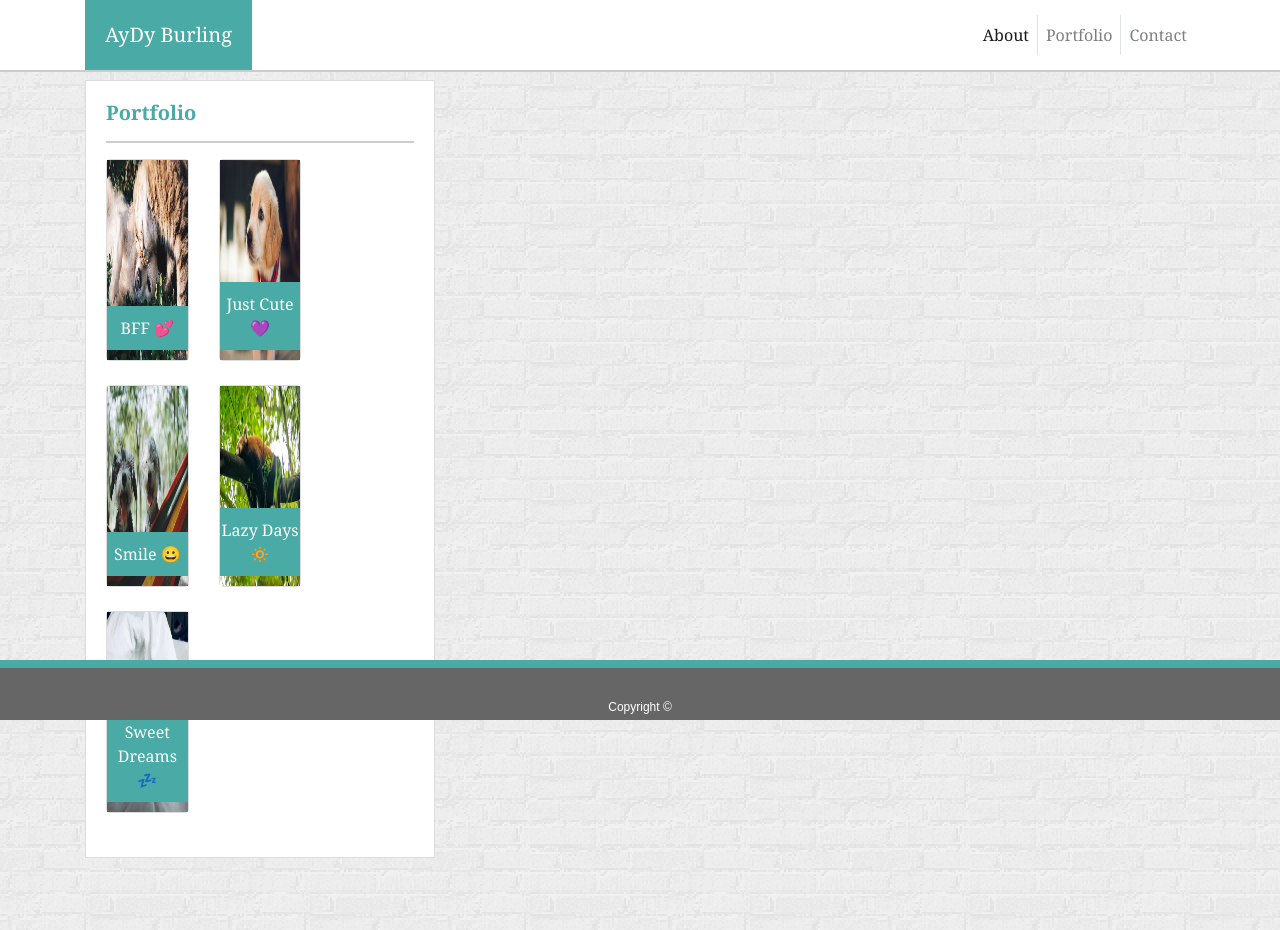
Repository: Dee1985/AyDy-Burling-prework
Page: Module-1_Assessment/portfolio.html
An editor plug-in stored every save of this project. The page is shown before and after the next save, followed by the edit.
The browser window is 1280 px wide. The pictures show the whole page.

Above is the page before, as saved 2020-05-22 23:01:43.

After the next save:
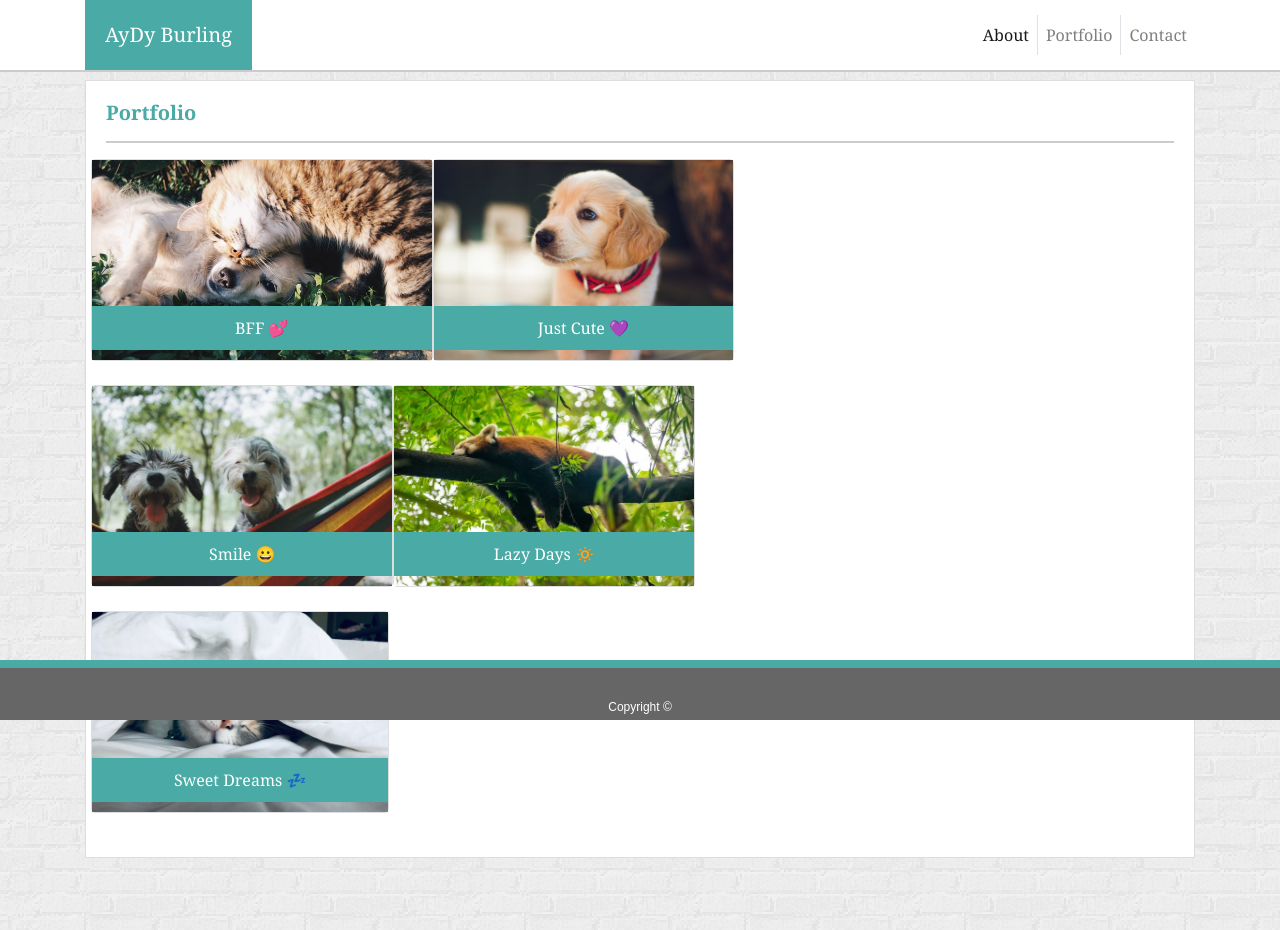
Saved 20 s later.
--- a/Module-1_Assessment/portfolio.html
+++ b/Module-1_Assessment/portfolio.html
@@ -48,7 +48,7 @@
     <section class="card-gallery">
       <div class="container">
         <div class="row">
-          <div class="col-4 mb-4 mt-2">
+          <div class="col mb-4 mt-2">
             <div class="card rounded-0 mb-5">
               <div class="card-body">
               <h5 class="card-title">Portfolio</h5>
@@ -56,7 +56,7 @@
               <!-- start of cards -->
             <div class="row justify-content-start">
               <!-- first card -->
-                <div class="col-4 mb-4">
+                <div class="col- mb-4">
                             <div class="card text-white">
                                 <img src="assets/img/krista-mangulsone-9gz3wfHr65U-unsplash.jpg" width="100%" height="200" alt="cat and dog cuddles">
                                 <div class="card-heading text-center">
@@ -65,7 +65,7 @@
                             </div>
                         </div>
                <!-- second card -->
-                <div class="col-4 mb-4">
+                <div class="col- mb-4">
                             <div class="card text-white">
                                 <img src="assets/img/berkay-gumustekin-ngqyo2AYYnE-unsplash.jpg" width="100%" height="200" alt="puppy pic">
                                 <div class="card-heading text-center">
@@ -76,7 +76,7 @@
             </div>
                <!-- third card -->
             <div class="row">
-              <div class="col-4 mb-4">
+              <div class="col- mb-4">
                             <div class="card text-white">
                                 <img src="assets/img/alvan-nee-FHl79chXS6s-unsplash.jpg" width="100%" height="200px" alt="two dogs smiling">
                                 <div class="card-heading text-center">
@@ -85,7 +85,7 @@
                             </div>
                         </div>
                <!-- fourth card -->
-                   <div class="col-4 mb-4">
+                   <div class="col- mb-4">
                             <div class="card text-white">
                                 <img src="assets/img/chris-curry-GYpsSWHslHA-unsplash.jpg" width="100%" height="200px" alt="animal sleeping on branch">
                                 <div class="card-heading text-center">
@@ -96,7 +96,7 @@
                         </div>
                <!-- fifth card -->
                <div class="row justify-content-start">
-                   <div class="col-4 mb-4">
+                   <div class="col- mb-4">
                             <div class="card text-white">
                                 <img src="assets/img/kate-stone-matheson-uy5t-CJuIK4-unsplash.jpg" width="100%" height="200px" alt="cat under a blanket">
                                 <div class="card-heading text-center">
